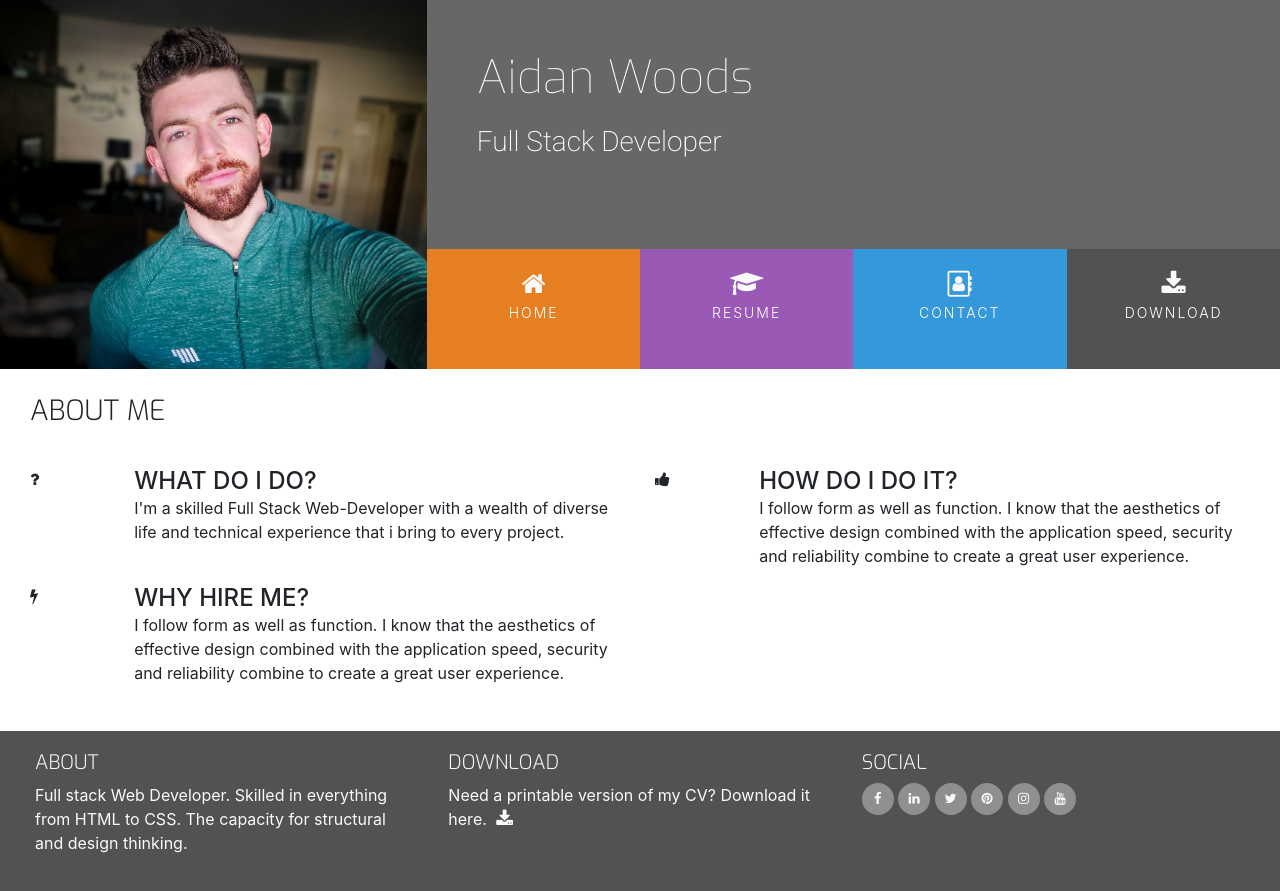
Repository: woodsyboi/Resume
Page: index.html
The author's editor kept a record of every edit. The page is drawn from the files as they stood at one moment, then again after the next edit.
The browser window is 1280 px wide. The pictures show the whole page.

Above is the page before.

### index.html
<!DOCTYPE html>
<html lang="en">

<head>
    <meta charset="UTF-8">
    <meta name="viewport" content="width=device-width, initial-scale=1.0">
    <meta http-equiv="X-UA-Compatible" content="ie=edge">
    <link rel="stylesheet" href="https://stackpath.bootstrapcdn.com/bootstrap/4.3.1/css/bootstrap.min.css" type="text/css" />
    <link rel="stylesheet" href="https://stackpath.bootstrapcdn.com/font-awesome/4.7.0/css/font-awesome.min.css" type="text/css" />
    <link rel="stylesheet" href="https://cdnjs.cloudflare.com/ajax/libs/hover.css/2.3.1/css/hover-min.css
" type="text/css" />
    <link rel="stylesheet" href="assets/css/style.css" type="text/css" />
    <title>Aidan</title>
</head>

<body>
    <header>
        <div class="row no-gutters">
            <a href="index.html" class="col-md-4 logo">

            </a>
            <div class="col-md-8">
                <div class="row no-gutters bg-color-name-title">
                    <div class="col heading">
                        <h1 class="name">Aidan Woods</h1>
                        <h2 class="title">Full Stack Developer</h2>
                    </div>

                </div>
                <div class="row no-gutters">
                    <div class="col">
                        <ul id="nav" class="list-inline menucontainer">
                            <li class="col-6 col-sm-3 ui-menu-color-home list-inline-item menuitem">
                                <a href="#" class="hvr-sweep-to-bottom"><i class="fa fa-home"></i><span>Home</span></a>
                            </li>
                            <li class="col-6 col-sm-3 ui-menu-color-resume list-inline-item menuitem">
                                <a href="#" class="hvr-sweep-to-bottom"><i class="fa fa-graduation-cap"></i><span>Resume</span></a>
                            </li>
                            <li class="col-6 col-sm-3 ui-menu-color-contact list-inline-item menuitem">
                                <a href="#" class="hvr-sweep-to-bottom"><i class="fa fa-address-book-o"></i><span>Contact</span></a>
                            </li>
                            <li class="col-6 col-sm-3 ui-menu-color-download list-inline-item menuitem">
                                <a href="#" class="hvr-sweep-to-bottom"><i class="fa fa-download"></i><span>Download</span></a>
                            </li>
                        </ul>
                    </div>
                </div>

            </div>
        </div>
    </header>

    <section class="container-fluid">

        <div class="row row-table">
            <div class="col-md-8 bg-color-three-reasons section-column">
                <div class="row">
                    <div class="col">
                        <h3 class="section-heading uppercase">About Me</h3>
                    </div>
                </div>
                <div class="row">
                    <div class="col-10 offset-1 offset-sm-0 col-sm-4 col-md-6">
                        <div class="row">
                            <div class="col-2">
                                <i class="three-reasons-icon fa fa-question" aria-hidden="true"></i>
                            </div>
                            <div class="col-10">
                                <h4 class="three-reasons-heading uppercase"> What do I do?</h4>
                                <p>
                                    I'm a skilled Full Stack Web-Developer with a wealth of diverse life and technical experience that i bring to every project.
                                </p>
                            </div>
                        </div>
                    </div>
                    <div class="col-10 offset-1 offset-sm-0 col-sm-4 col-md-6">
                        <div class="row">
                            <div class="col-2">
                                <i class="three-reasons-icon fa fa-thumbs-up" aria-hidden="true"></i>
                            </div>
                            <div class="col-10">
                                <h4 class="three-reasons-heading uppercase"> How Do I Do It?</h4>
                                <p>
                                    I follow form as well as function. I know that the aesthetics of effective design combined with the application speed, security and reliability combine to create a great user experience.

                                </p>
                            </div>
                        </div>
                    </div>
                    <div class="col-10 offset-1 offset-sm-0 col-sm-4 col-md-6">
                        <div class="row">
                            <div class="col-2">
                                <i class="three-reasons-icon fa fa-bolt" aria-hidden="true"></i>
                            </div>
                            <div class="col-10">
                                <h4 class="three-reasons-heading uppercase"> Why Hire Me?</h4>
                                <p>
                                    I follow form as well as function. I know that the aesthetics of effective design combined with the application speed, security and reliability combine to create a great user experience.

                                </p>
                            </div>
                        </div>
                    </div>


                </div>
            </div>
        </div>

    </section>


    <footer class="container-fluid">
        <div id="footer-details" class="row">
            <div class="col-sm-4">
                <h5 class="uppercase general-sub">About</h5>
                <p class="inline-block">
                    Full stack Web Developer. Skilled in everything from HTML to CSS. The capacity for structural and design thinking.</p>

            </div>
            <div class="col-sm-4">
                <h5 class="uppercase general-sub">Download</h5>
                <p class="inline-block">
                    Need a printable version of my CV? Download it here.
                    <a href="#" target="_blank" class="cv-pdf">
                        <i class="fa fa-download" aria-hidden="true"></i>
                        <span class="sr-only"> Download Link.</span>
                    </a>
                </p>

            </div>
            <div class="col-sm-4">
                <h5 class="uppercase general-sub">Social</h5>
                <ul class="list-inline social-links">
                    <li class="list-inline-item">
                        <a target="_blank" href="#">
                            <i class="fa fa-facebook" aria-hidden="true"></i>
                            <span class="sr-only">Facebook</span>
                        </a>
                    </li>
                    <li class="list-inline-item">
                        <a target="_blank" href="#">
                            <i class="fa fa-linkedin" aria-hidden="true"></i>
                            <span class="sr-only">LinkedIn</span>
                        </a>
                    </li>
                    <li class="list-inline-item">
                        <a target="_blank" href="#">
                            <i class="fa fa-twitter" aria-hidden="true"></i>
                            <span class="sr-only">Twitter</span>
                        </a>
                    </li>
                    <li class="list-inline-item">
                        <a target="_blank" href="#">
                            <i class="fa fa-pinterest" aria-hidden="true"></i>
                            <span class="sr-only">Pinterest</span>
                        </a>
                    </li>
                    <li class="list-inline-item">
                        <a target="_blank" href="#">
                            <i class="fa fa-instagram" aria-hidden="true"></i>
                            <span class="sr-only">Instagram</span>
                        </a>
                    </li>
                    <li class="list-inline-item">
                        <a target="_blank" href="#">
                            <i class="fa fa-youtube" aria-hidden="true"></i>
                            <span class="sr-only">YouTube</span>
                        </a>
                    </li>
                </ul>

            </div>
        </div>
    </footer>

</body>

</html>

### assets/css/style.css
@import url('https://fonts.googleapis.com/css?family=Roboto:100,200,300,400,500,600,700|Exo:100,200,300,400,500,600,700');


/*------------------------------Colors--------*/

.bg-color-name-title {
    background-color: #676767;
}


.bg-color-three-reasons {
    background-color:#fff;
}


.ui-menu-color-home {
    background-color: #e67e22;

}

.ui-menu-color-resume {
    background-color: #9b59b6;

}

.ui-menu-color-contact {
    background-color: #3498db;

}

.ui-menu-color-download {
    background-color: #525252;

}


/*----------------------------special paddings/margins/text*/

h1,
h2,
h3,
h4 {
    margin: 0;
}

.uppercase {
    text-transform: uppercase;
}

.general-sub {
    font-family: "Exo", sans-serif;
    font-weight: 300;
    color: #fafafa;
}

.inline-block{
    display: inline-block;
}

.row-table {
    display:table;
}

.section-column {
    display:table-cell;
    padding:0 30px 30px;
    float:none;
}

.section-heading{
    font-family: "Exo", sans-serif;
    font-weight: 300;
    margin-top: 25px;
    margin-bottom:40px;
}
/*-------------------------------Heading--------*/

header {

    margin: 0;

}

.heading {
    margin-left: 50px;

}

.logo {
    background: url("../images/my_face.jpg");
    background-position: center;
    background-repeat: no-repeat;
    background-size: cover;
    min-height: 360px;
    transition: all .5s ease-in-out;
    -moz-transition: all .5s ease-in-out;
    -webkit-transition: all .5s ease-in-out;
}

.name {
    font-family: "Exo", sans-serif;
    font-weight: 100;
    font-size: 46px;
    margin-top: 50px;
    color: #fff;

}

.title {
    font-family: "Roboto", sans-serif;
    font-weight: 200;
    font-size: 28px;
    margin-top: 20px;
    margin-bottom: 90px;
    color: #fff;

}

.list-inline-item:not(:last-child) {
    margin: 0;
}

.menucontainer {
    font-size: 0;
}

#nav {
    margin: 0;
}

#nav li {
    font-size: 14px;
    padding: 0;
}


.menuitem {
    height: 120px;
    text-align: center;
    padding: 0;

}

.menuitem a {
    width: 100%;
    text-decoration: none;
    color: #fff;
    height: 120px;

}

.menuitem a i {
    padding-top: 22px;
    display: block;
    color: #fafafa;
    font-size: 26px;


}

.menuitem span {
    display: block;
    width: 100%;
    padding-top: 5px;
    text-align: center;
    text-transform: uppercase;
    font-size: 14px;
    font-weight: 300;
    letter-spacing: 2px;

}



/*----------------------------hover*/

.hvr-sweep-to-bottom:before {
    background-color: rgba(0, 0, 0, 0.2);
    height: 120px;

}


/*-------------------------------footer--------*/

footer{
    background-color: #525252;
    color:#fafafa;
    min-height: 120px;
}


.cv-pdf i{
   font-size: 18px;
   color: #fafafa;
   text-align: center;
   padding-left: 5px;
   transition: all 0.35s ease-in-out;
   -moz-transition: all 0.35s ease-in-out;
   -webkit-transition: all 0.35s ease-in-out;
   -o-transition: all 0.35s ease-in-out;

}

.cv-pdf i:hover {
    color:#e84710;
}

.social-links{
    padding-bottom: 15px;
}

.social-links li a i {
    width:32px;
    height:32px;
    padding:12px 0;
    border-radius:50%;
    font-size: 13px;
    line-height: 7px;
    text-align:center;
    color:#fafafa;
    background:#8f8f8f;
    transition: all 0.35s ease-in-out;
   -moz-transition: all 0.35s ease-in-out;
   -webkit-transition: all 0.35s ease-in-out;
   -o-transition: all 0.35s ease-in-out;

}

.social-links li a i:hover {
    background:#e84710;
}

#footer-details {
    padding:20px;
}

After the next edit:
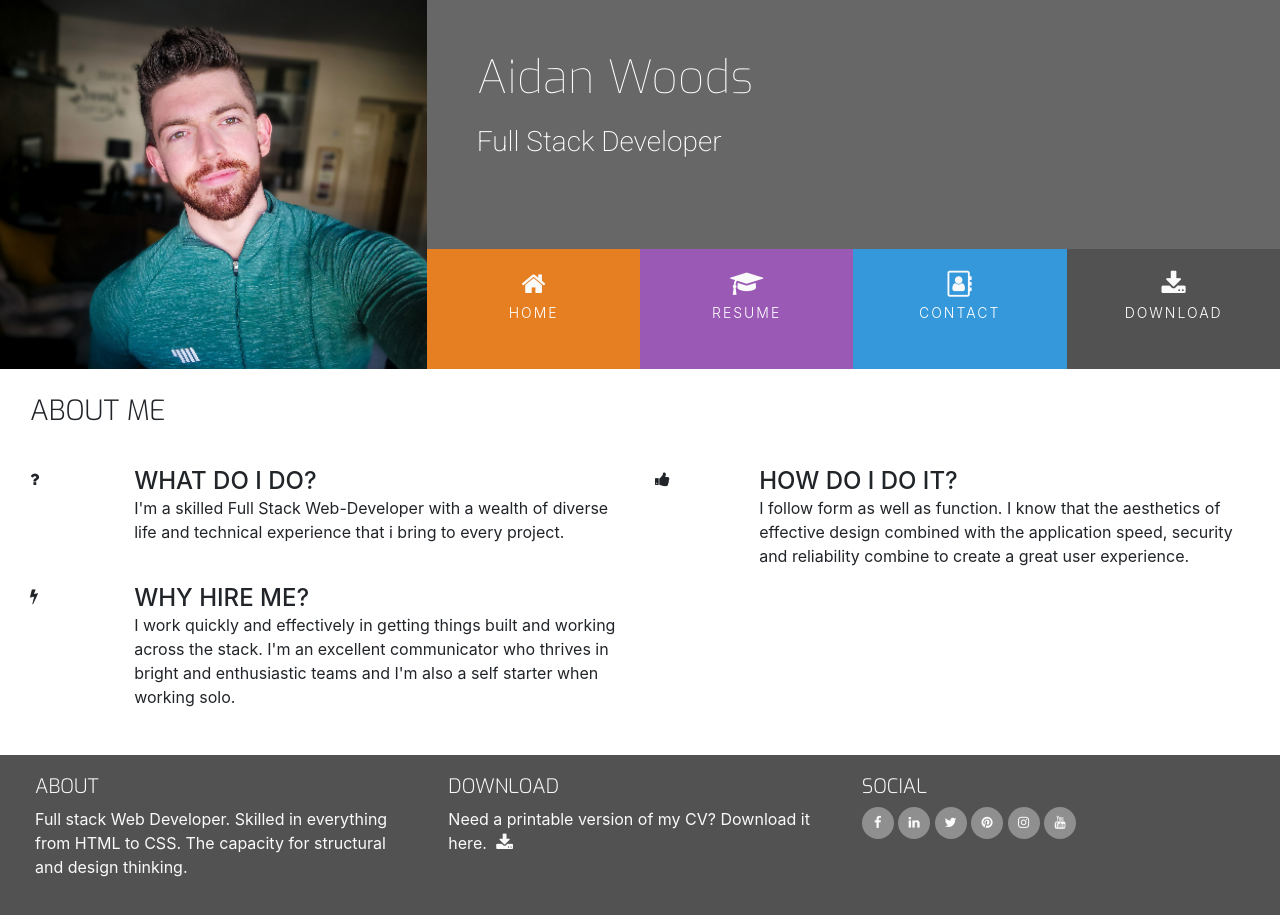
The edit:
--- a/index.html
+++ b/index.html
@@ -95,8 +95,7 @@
                             <div class="col-10">
                                 <h4 class="three-reasons-heading uppercase"> Why Hire Me?</h4>
                                 <p>
-                                    I follow form as well as function. I know that the aesthetics of effective design combined with the application speed, security and reliability combine to create a great user experience.
-
+                                    I work quickly and effectively in getting things built and working across the stack. I'm an excellent communicator who thrives in bright and enthusiastic teams and I'm also a self starter when working solo.
                                 </p>
                             </div>
                         </div>
